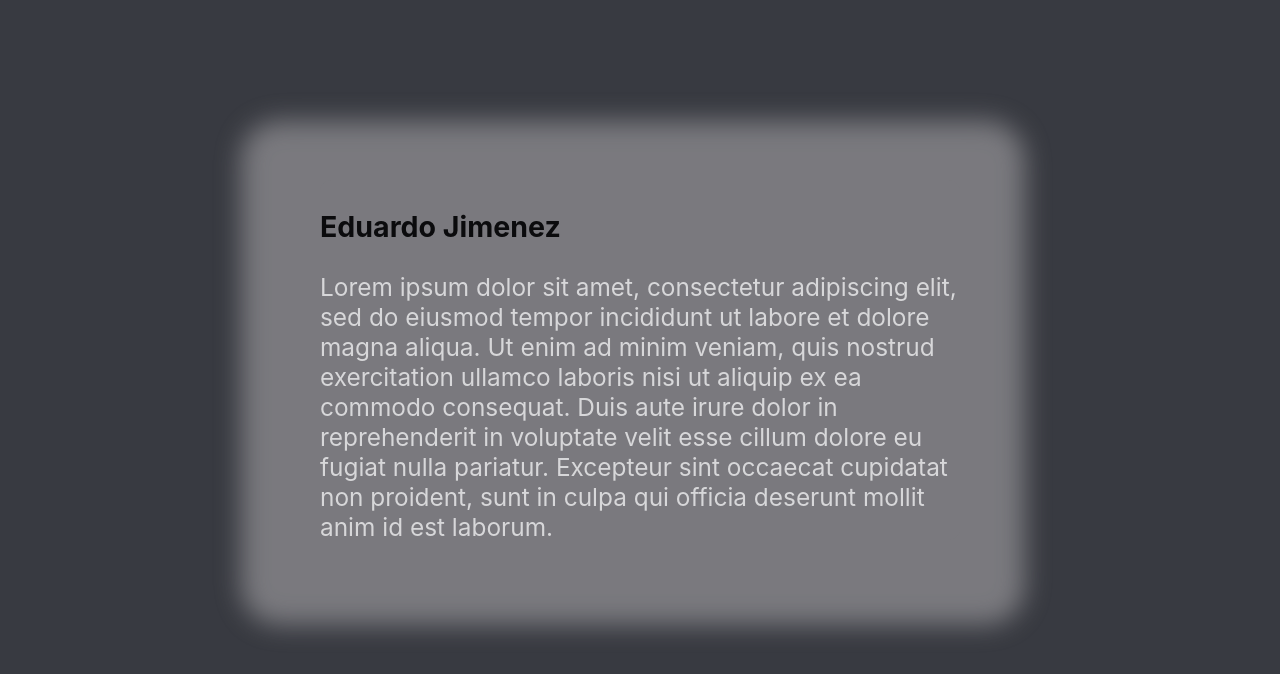
Repository: l8nightswithJS/react-my-portfolio
Page: /
An editor plug-in stored every save of this project. The page is shown before and after the next save, followed by the edit.
The browser window is 1280 px wide. The pictures show the whole page.
The project was rebuilt for these pictures with package versions that can differ from the ones it lists, and the page was loaded fresh each time.

Above is the page before, as saved 2021-04-29 12:40:59.

### src/App.js
import SplashPage from './pages/splashPage';

function App() {
  return (
    <SplashPage />
  );
}

export default App;

### src/pages/splashPage.js
import '../App.css';

function SplashPage() {
    return (
        <div className="App">
            <header className="App-header">
                <section>
                    <article>
                        <h1>Eduardo Jimenez</h1>
                        <p>Lorem ipsum dolor sit amet, consectetur adipiscing elit, sed do eiusmod tempor incididunt ut labore et dolore magna aliqua. Ut enim ad minim veniam, quis nostrud exercitation ullamco laboris nisi ut aliquip ex ea commodo consequat. Duis aute irure dolor in reprehenderit in voluptate velit esse cillum dolore eu fugiat nulla pariatur. Excepteur sint occaecat cupidatat non proident, sunt in culpa qui officia deserunt mollit anim id est laborum.</p>
                    </article>
                </section>
            </header>
        </div>
    );
}

export default SplashPage;

### src/App.css
.App {
  height: 100vh;
  width: 100%;
  background-color: rgb(56, 58, 65);
}

section {
  position: fixed;
  top: 0;
  bottom: 0;
  left: 0;
  right: 0;
  background-color: rgb(139, 138, 142);
  height: 50vh;
  width: 50vw;
  margin: auto;
  font-size: calc(10px + 2vmin);
  color: white;
  box-shadow: -1vh 1vw 2vw 10vh rgb(139, 138, 142);
  opacity: .8;
  border-radius: 1.5vh;
}

section article h1 {
  color: black;
}

Loaded but not shown: public/index.html (common file); src/index.js (common file); src/index.css (common file); src/reportWebVitals.js (common file)

After the next save:
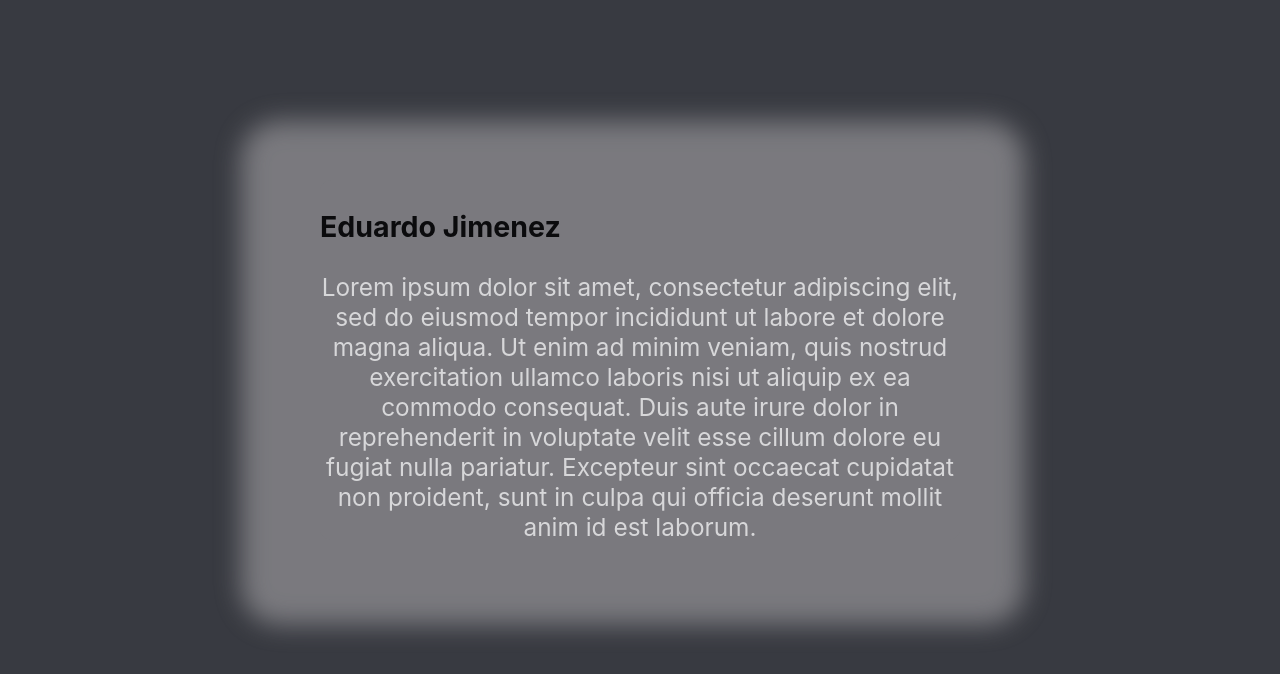
Saved 35 s later.
--- a/src/App.css
+++ b/src/App.css
@@ -24,3 +24,7 @@ section {
 section article h1 {
   color: black;
 }
+
+section article p {
+  text-align: center;
+}
